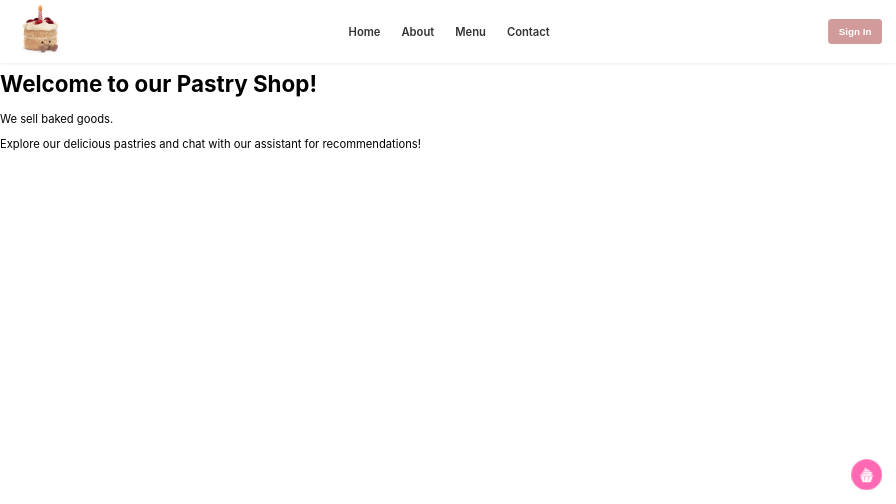
Repository: agrnerd17/Website-Chatbot
Page: / (app in pastry-chatbot/)
The author's editor kept a copy of each file at every save. The page is drawn from the files as they stood at one save, then again after the next save.
The browser window is 1280 px wide. The pictures show the whole page, at 70% of full size.
The project was rebuilt for these pictures with package versions that can differ from the ones it lists, and the page was loaded fresh each time. Also part of the build but not shown: pastry-chatbot/src/components/Chatbot.js.

Above is the page before, as saved 2024-12-09 14:26:02.

After the next save:
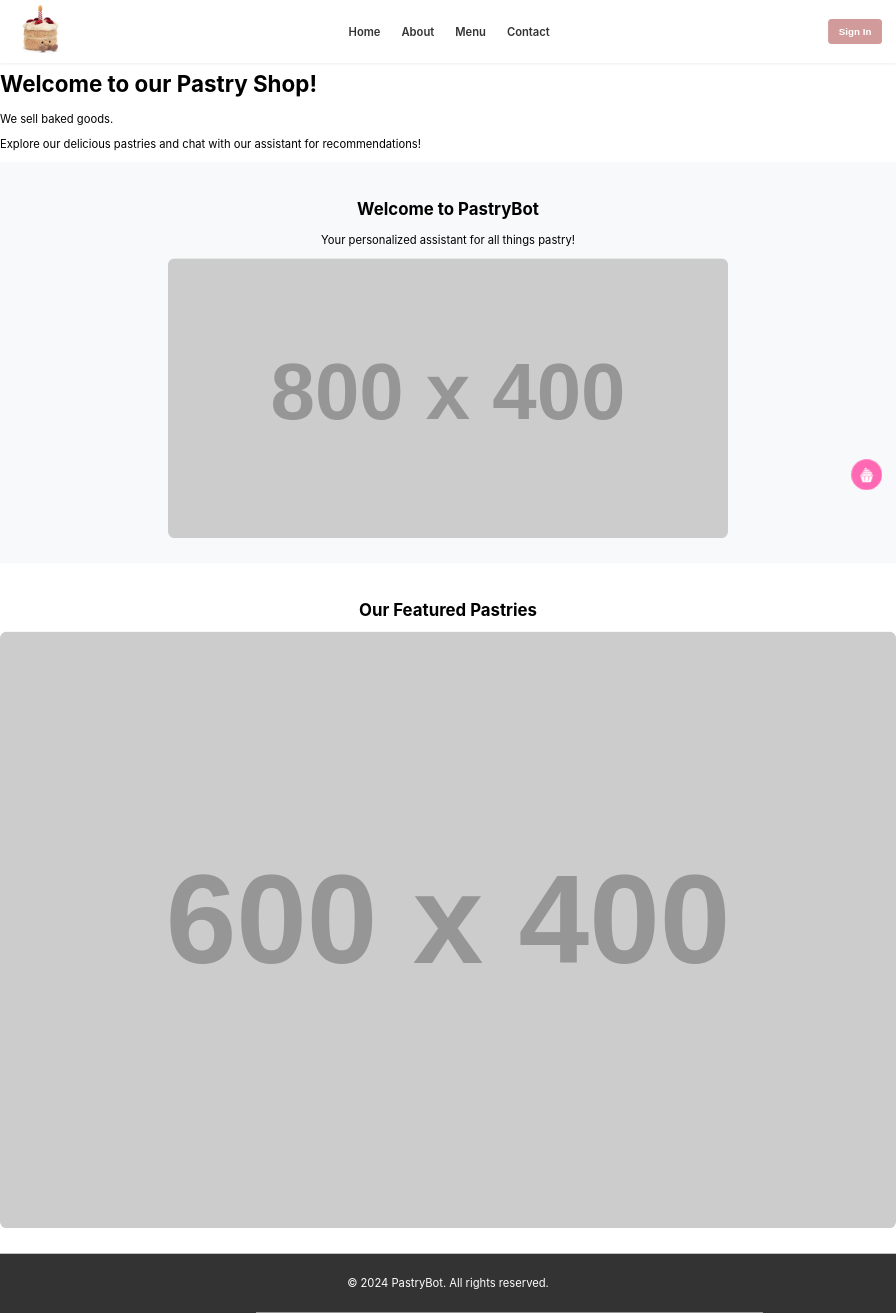
Saved 2 min 29 s later.
--- a/pastry-chatbot/src/App.js
+++ b/pastry-chatbot/src/App.js
@@ -3,6 +3,7 @@ import Chatbot from "./components/Chatbot";
 import Navbar from "./components/Navbar";
 import "./styles/Navbar.css";
 import PastryBot from "./components/PastryBot";
+import Homepage from "./components/Homepage";
 
 function App() {
   const [isChatbotOpen, setIsChatbotOpen] = useState(false); // State to control chatbot visibility
@@ -38,6 +39,7 @@ function App() {
       >
         <PastryBot />
       </div>
+      <Homepage />
     </div>
   );
 }
